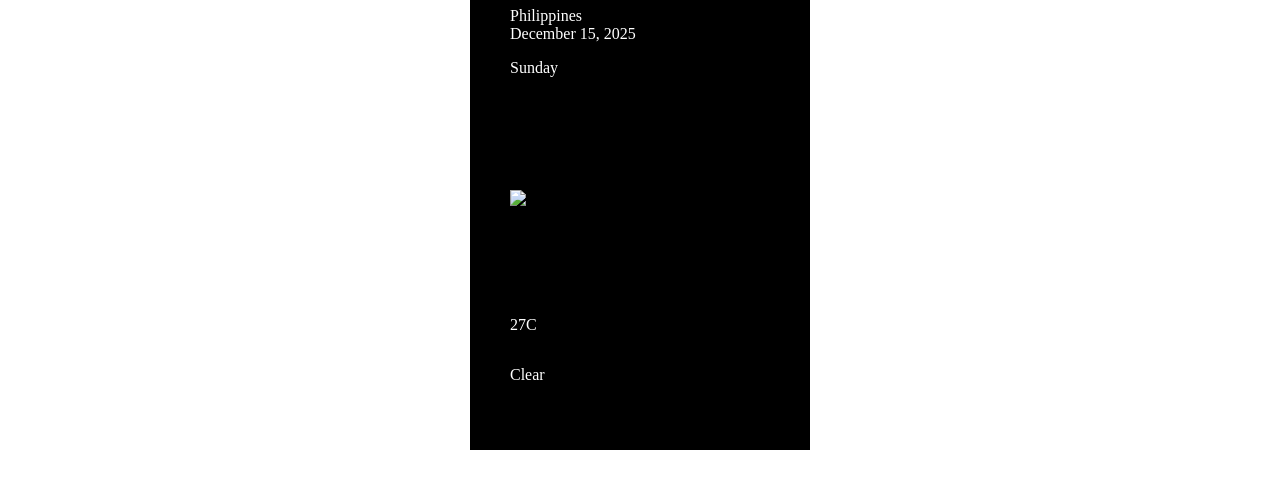
Repository: dmpelaez/weatherApp
Page: WeatherApp.html
The author's editor kept a copy of each file at every save. The page is drawn from the files as they stood at one save, then again after the next save.
The browser window is 1280 px wide. The pictures show the whole page.
The page's requests for data from a server got no answer.

Above is the page before, as saved 2025-12-14 12:12:43.

After the next save:
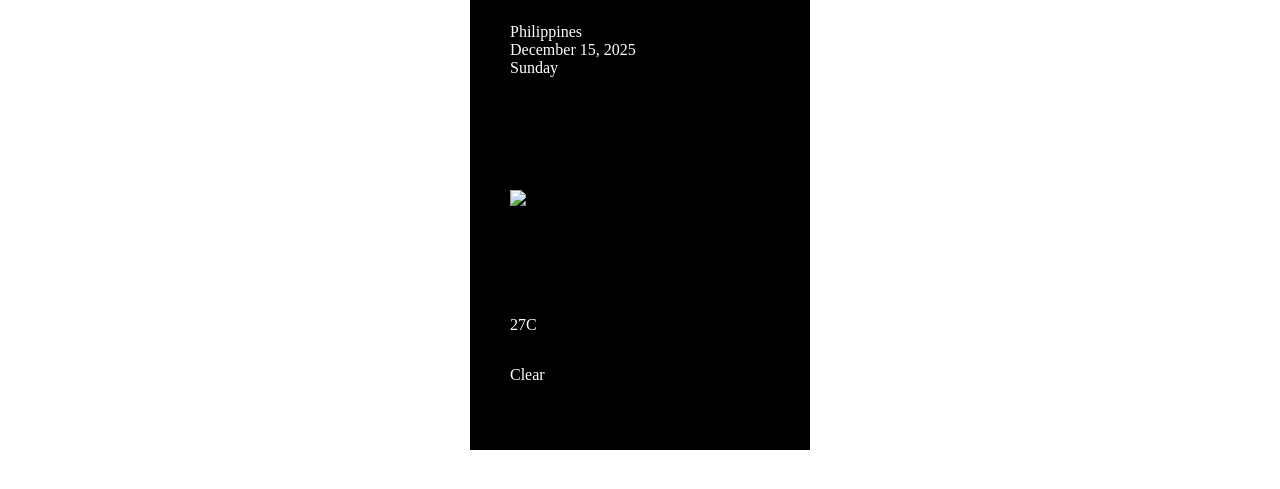
Saved 15 s later.
--- a/WeatherApp.css
+++ b/WeatherApp.css
@@ -36,3 +36,6 @@ display: flex;
 .todaydate {
   margin: 0;
 }
+.dateToday {
+  margin: 0;
+}
